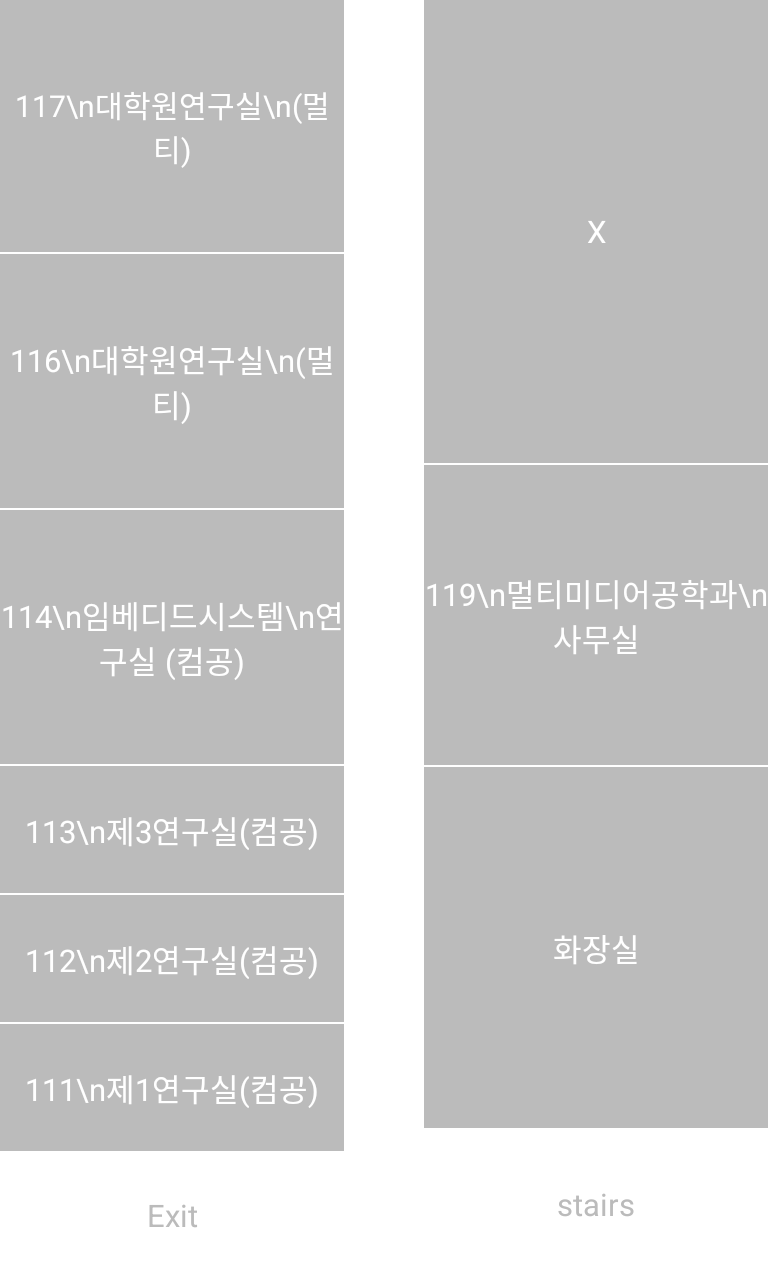
Repository: Choi-HyunWoo/Baddest
Layout: WorkOn_Hyunwoo/hansung.campusmap/res/layout/campus_gonghakb1.xml
An editor plug-in stored every save of this project. The layout is shown before and after the next save, followed by the edit.
It is drawn on a 768 x 1280 px phone screen (xhdpi) without system bars, with theme android:Theme.Light.NoTitleBar; the app's code is not run.

Above is the layout before, as saved 2014-05-30 18:27:34.

After the next save:
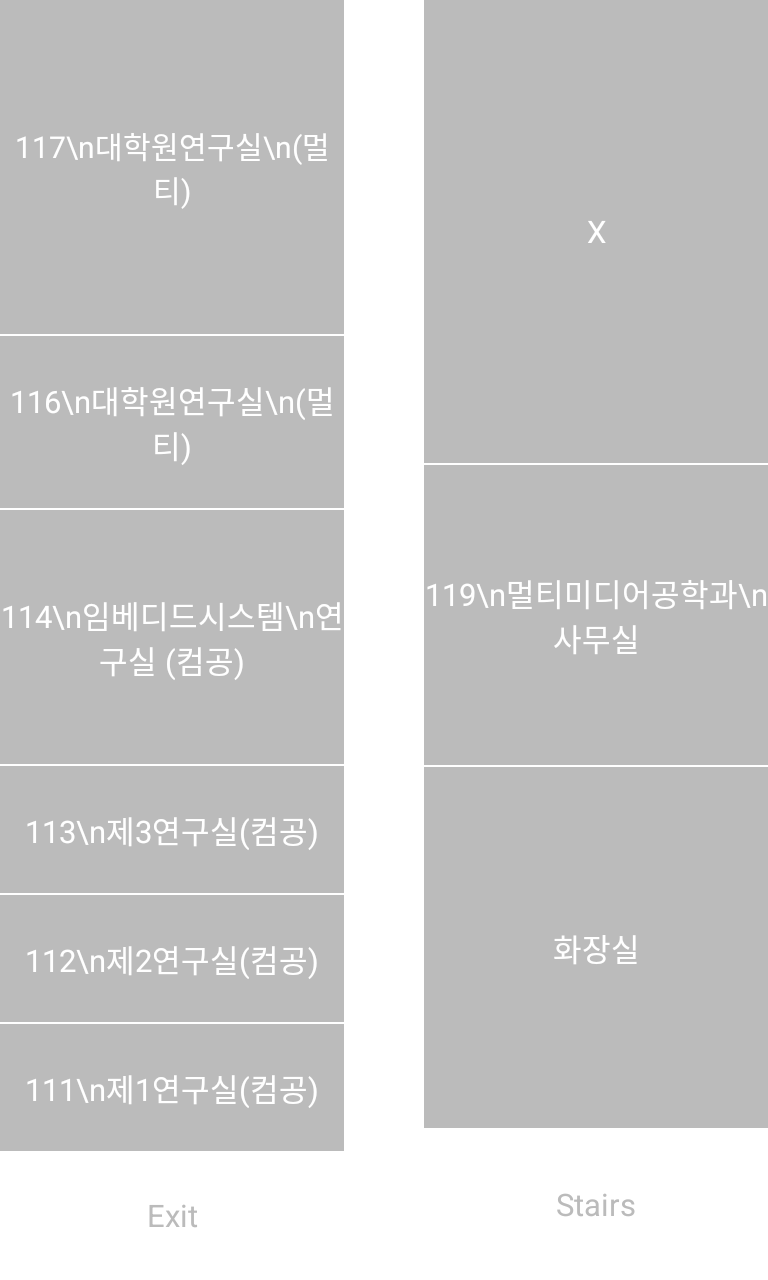
Saved 7 min 21 s later.
--- a/WorkOn_Hyunwoo/hansung.campusmap/res/layout/campus_gonghakb1.xml
+++ b/WorkOn_Hyunwoo/hansung.campusmap/res/layout/campus_gonghakb1.xml
@@ -13,12 +13,12 @@
 
         <Button
             android:text="117\n대학원연구실\n(멀티)"
-            android:layout_weight="2"
+            android:layout_weight="3"
             android:textSize="15dp"
             style="@style/RoomButton" />
         <Button
             android:text="116\n대학원연구실\n(멀티)"
-            android:layout_weight="2"
+            android:layout_weight="1"
             style="@style/RoomButton" />
         <Button
             android:text="114\n임베디드시스템\n연구실 (컴공)"
@@ -82,7 +82,7 @@
             android:layout_weight="3"
             style="@style/RoomButton" />
         <Button
-            android:text="stairs"
+            android:text="Stairs"
             android:layout_weight="1"
             style="@style/WhitePlace" />
 
